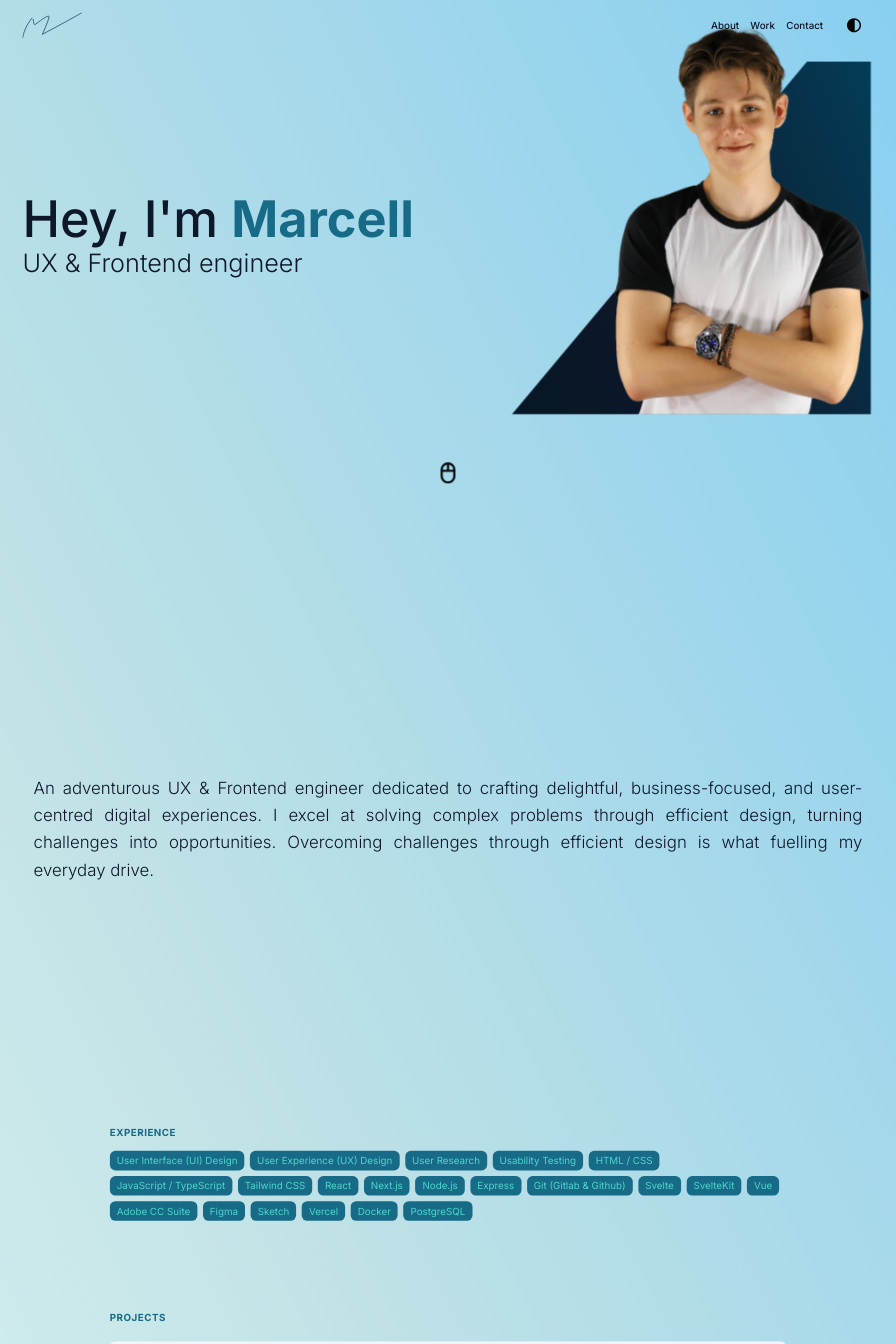
Repository: TheMarcellVarga/personal-portfolio-v.2
Page: /
The author's editor kept a copy of each file at every save. The page is drawn from the files as they stood at one save, then again after the next save.
The browser window is 1280 px wide. The pictures show the part of the page from y = 0 to 1920 px (the page is 4294 px tall), at 70% of full size.
The project was rebuilt for these pictures with package versions that can differ from the ones it lists, and the page was loaded fresh each time. The framework's server and built-in components were replaced by stand-ins that run in the browser. Also part of the build but not shown: next.config.mjs.

Above is the page before, as saved 2024-07-19 00:37:34.

After the next save:
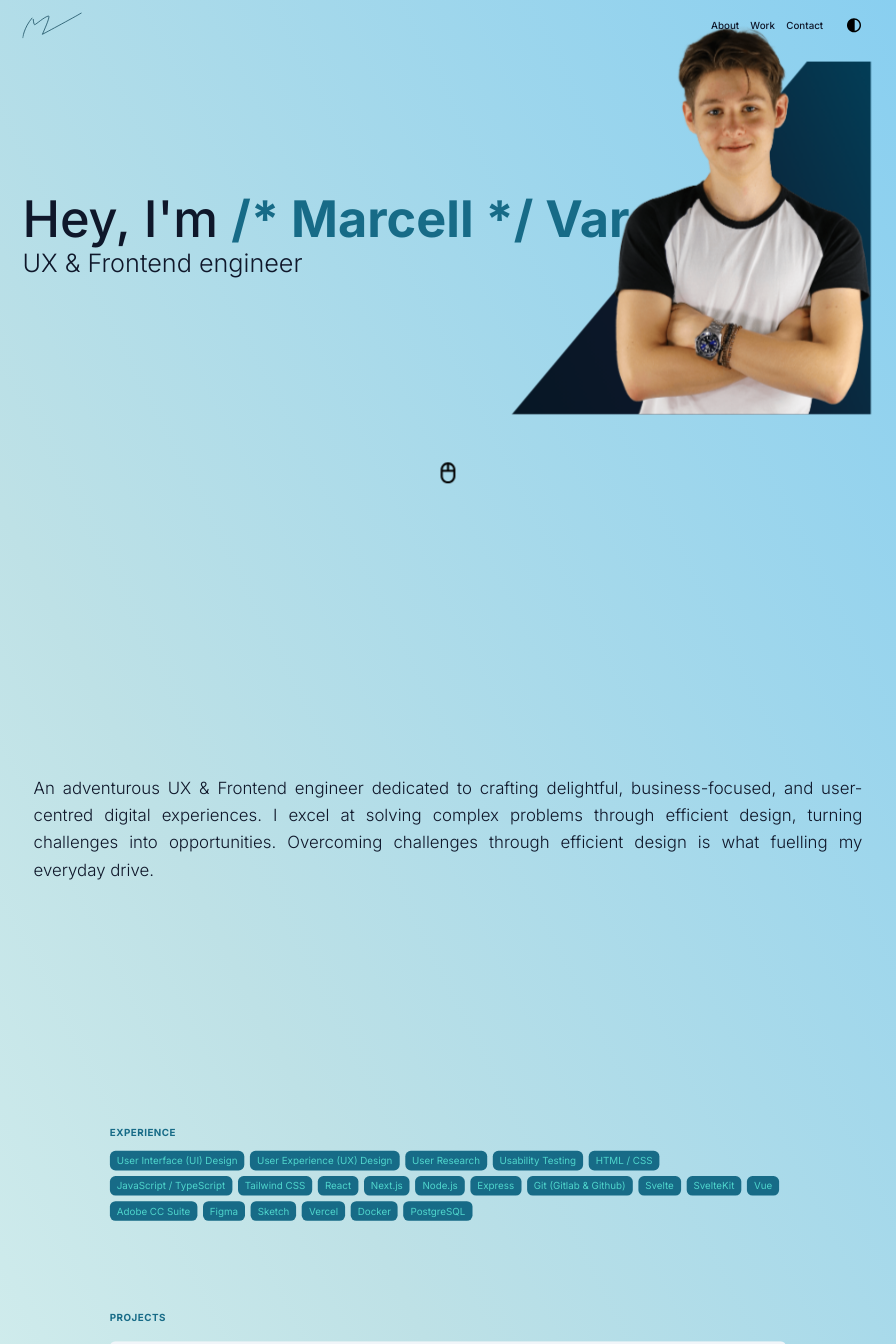
Saved 17 min 30 s later.
--- a/app/page.tsx
+++ b/app/page.tsx
@@ -245,7 +245,7 @@ export default function Page() {
           <div className="absolute w-fit z-10">
             <div className="flex flex-row w-full text-7xl font-medium items-center justify-start text-slate-900 dark:text-slate-50 ">
               Hey, I'm&nbsp;
-              <span className="text-custom-blue font-bold">Marcell</span>
+              <span className="text-custom-blue font-bold">/* Marcell */ Varga</span>
             </div>
             <div className="flex w-full text-4xl font-light items-center justify-start my-2 text-slate-900 dark:text-slate-50 ">
               UX & Frontend engineer
